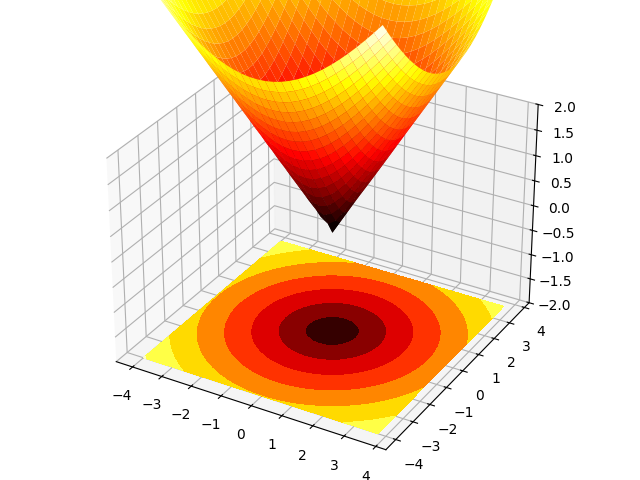
Repository: Jaamunozr/Archivos-python
Script's output: python Archivos Python/Graficas/3d.py
An editor plug-in stored every save of this project. The script's output is shown before and after the next save, followed by the edit.
Random numbers start from a fixed seed.

Above is the script's output before, as saved 2020-02-18 21:35:50.

### Archivos Python/Graficas/3d.py
import pylab as pl
import numpy as np
from mpl_toolkits.mplot3d import Axes3D

fig = pl.figure()
ax = Axes3D(fig)
X = np.arange(-4, 4, 0.25)
Y = np.arange(-4, 4, 0.25)
X, Y = np.meshgrid(X, Y)
R = np.sqrt(X ** 2 + Y ** 2)
Z = R

ax.plot_surface(X, Y, Z, rstride=1, cstride=1, cmap=pl.cm.hot)
ax.contourf(X, Y, Z, zdir='z', offset=-2, cmap=pl.cm.hot)
ax.set_zlim(-2, 2)

pl.show()

After the next save:
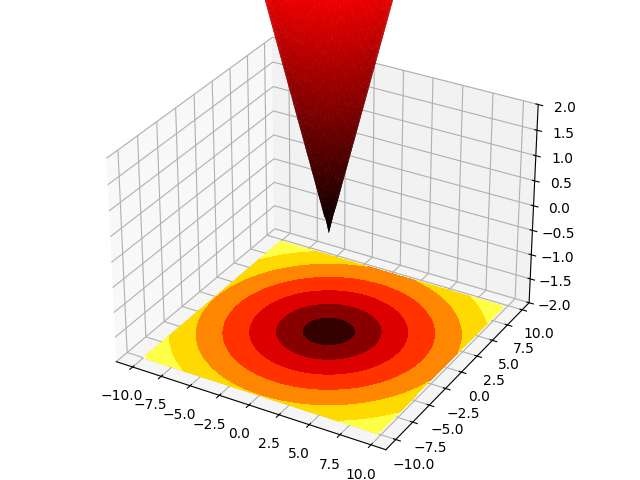
Saved 29 s later.
--- a/Archivos Python/Graficas/3d.py
+++ b/Archivos Python/Graficas/3d.py
@@ -4,8 +4,8 @@ from mpl_toolkits.mplot3d import Axes3D
 
 fig = pl.figure()
 ax = Axes3D(fig)
-X = np.arange(-4, 4, 0.25)
-Y = np.arange(-4, 4, 0.25)
+X = np.arange(-10, 10, 0.25)
+Y = np.arange(-10, 10, 0.25)
 X, Y = np.meshgrid(X, Y)
 R = np.sqrt(X ** 2 + Y ** 2)
 Z = R
